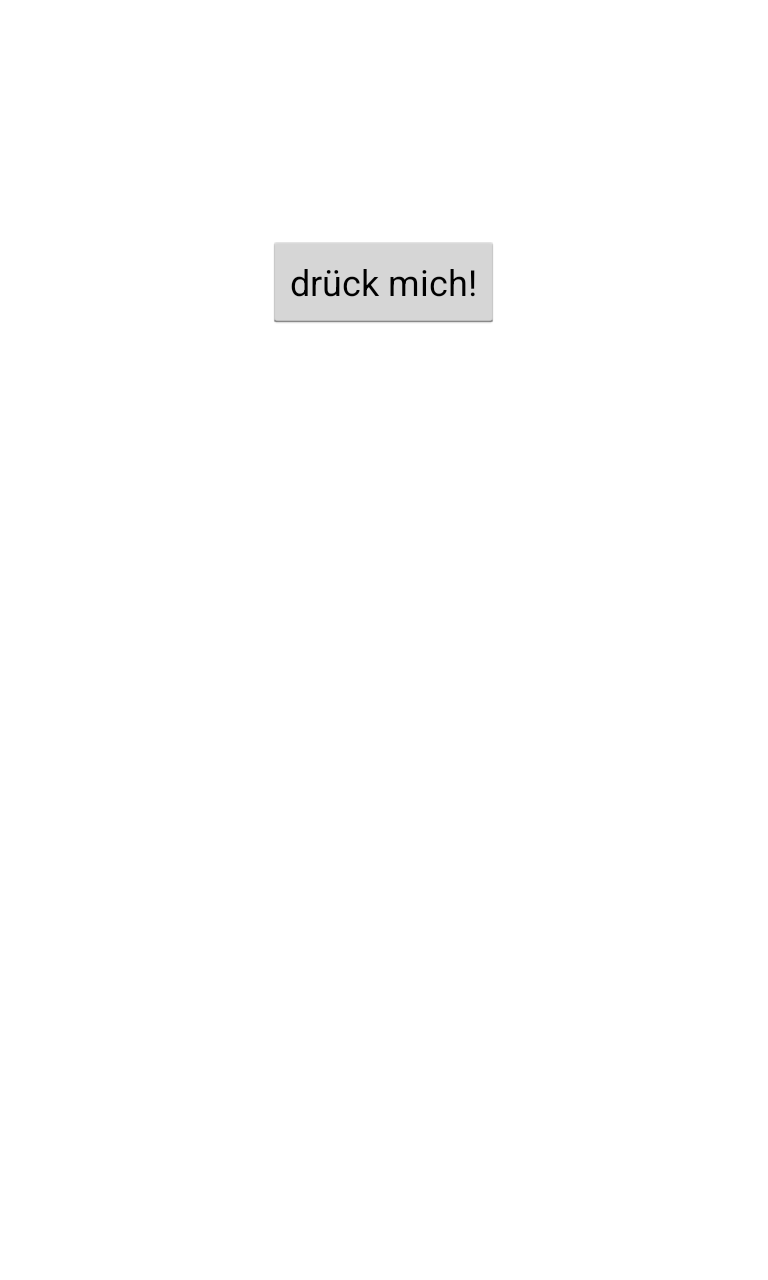
Repository: flashback2k12/ChristmasPresent
Layout: ChristmasPresent/res/layout/activity_first_coupon.xml
These files come from the project's save history. The layout is drawn as it stood at one moment and after the next save; the edit follows.
It is drawn on a 768 x 1280 px phone screen (xhdpi) without system bars, with theme AppTheme; the app's code is not run.

Above is the layout before, as saved 2012-12-18 17:15:32.

### ChristmasPresent/res/layout/activity_first_coupon.xml
<?xml version="1.0" encoding="utf-8"?>
<RelativeLayout xmlns:android="http://schemas.android.com/apk/res/android"
    android:layout_width="match_parent"
    android:layout_height="match_parent">

    <Button
        android:id="@+id/button1FC"
        android:layout_width="wrap_content"
        android:layout_height="wrap_content"
        android:layout_alignParentTop="true"
        android:layout_centerHorizontal="true"
        android:layout_marginTop="117dp"
        android:text="@string/button_first_act"
        android:onClick="BtnFirstCoupon" />

</RelativeLayout>

### ChristmasPresent/res/values-v11/styles.xml
<resources>

	<style  name="AppTheme" parent="android:Theme.Holo.Light" />

</resources>

### ChristmasPresent/res/values/strings.xml
<?xml version="1.0" encoding="utf-8"?>
<resources>

    <string name="app_name">Weihnachtsgeschenk</string>
    <string name="hello_schatz_z1">Ich wünsche dir alles liebe zum Weihnachtsfest mein Schatz. :-* </string>
    <string name="hello_schatz_z2">Ich hoffe, dass dir die nächsten Punkte gefallen werden!!! :-)</string><string name="menu_settings">Menü</string>
    <string name="title_activity_main">Weihnachtsgeschenk</string>
    <string name="button_first_act">drück mich!</string>
    <string name="checkbox1">Gutschein 1</string>
    <string name="checkbox2">Gutschein 2</string>
    <string name="checkbox3">Gutschein 3</string>
    <string name="checkbox4">Gutschein 4</string>
    <string name="checkbox5">Gutschein 5</string>

</resources>

Loaded but not shown: ChristmasPresent/res/values-v14/styles.xml (common file); ChristmasPresent/res/values/styles.xml (common file)

After the next save:
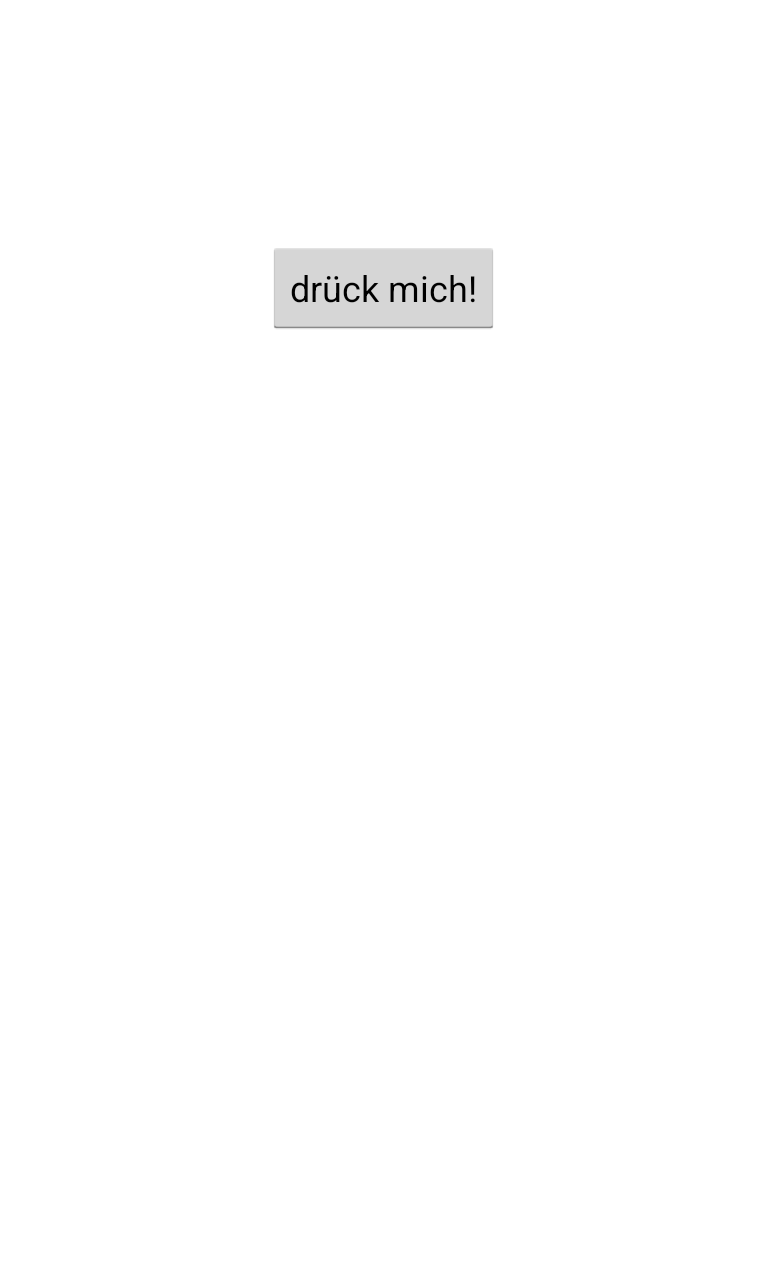
Saved 50 s later.
--- a/ChristmasPresent/res/layout/activity_first_coupon.xml
+++ b/ChristmasPresent/res/layout/activity_first_coupon.xml
@@ -9,8 +9,8 @@
         android:layout_height="wrap_content"
         android:layout_alignParentTop="true"
         android:layout_centerHorizontal="true"
-        android:layout_marginTop="117dp"
-        android:text="@string/button_first_act"
-        android:onClick="BtnFirstCoupon" />
+        android:layout_marginTop="120dp"
+        android:onClick="BtnFirstCoupon"
+        android:text="@string/button_first_act" />
 
 </RelativeLayout>
